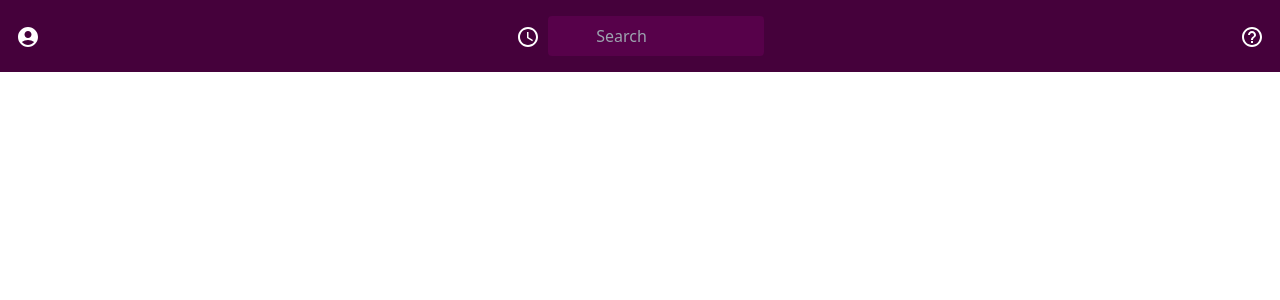
Repository: Shamraiz761/Slack_clone
Page: /
The author's editor kept a copy of each file at every save. The page is drawn from the files as they stood at one save, then again after the next save.
The browser window is 1280 px wide. The pictures show the whole page.
The project was rebuilt for these pictures with package versions that can differ from the ones it lists, and the page was loaded fresh each time. Also part of the build but not shown: vite.config.js.

Above is the page before, as saved 2024-01-14 18:25:41.

### src/App.jsx

import React from 'react'
import Header from './components/header/Header'
function App() {

  return (
   <div>
    <Header />
   </div>
  )
}

export default App

### src/components/header/Header.jsx
import React from 'react'
import AccessTimeIcon from '@mui/icons-material/AccessTime';
import HelpOutlineIcon from '@mui/icons-material/HelpOutline';
import AccountCircleIcon from '@mui/icons-material/AccountCircle';
function Header() {
  return (
    <nav className="bg-[#45013b] p-4" style={{background:''}}>
      <div className="container mx-auto flex items-center justify-between">
        {/* Left logos */}

          {/* Left logo */}
          <div className=" sm:mr-4 hidden sm:block">
          <AccountCircleIcon className='text-white text-larger hidden sm:block' />

          </div>





        <div className=" flex justify-center items-center">
        <div className="mr-2">
            <AccessTimeIcon className='text-white'/>


          </div>
          <input
            type="text"
            placeholder="Search"
            className=" p-2 px-12 bg-[#57014a] text-white border-none rounded w-32 sm:w-3/5"
          />
        </div>

        {/* Right logos */}
        <div className="flex items-center">

          <div className="ml-[-100px] sm:ml-4">
            <HelpOutlineIcon className='text-white'/>

          </div>
        </div>
      </div>
    </nav>
  )
}

export default Header

Loaded but not shown: index.html (common file); src/main.jsx (common file); src/index.css (common file); tailwind.config.js (common file)

After the next save:
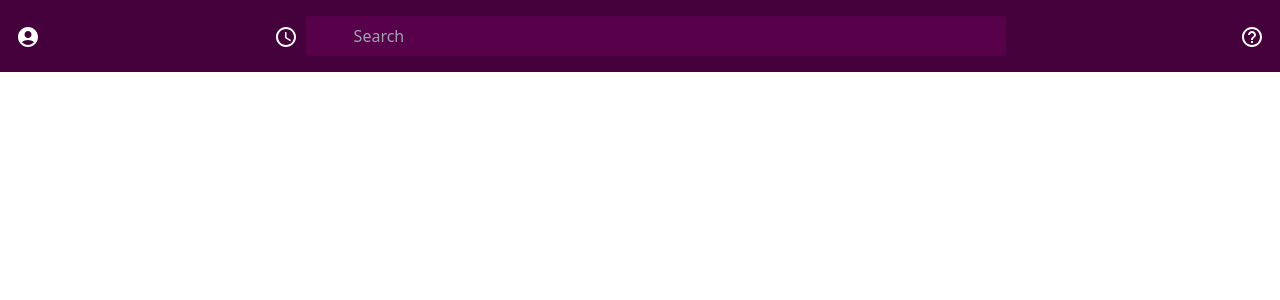
Saved 29 s later.
--- a/src/components/header/Header.jsx
+++ b/src/components/header/Header.jsx
@@ -18,7 +18,7 @@ function Header() {
 
 
 
-        <div className=" flex justify-center items-center">
+        <div className="w-full flex justify-center items-center">
         <div className="mr-2">
             <AccessTimeIcon className='text-white'/>
 
